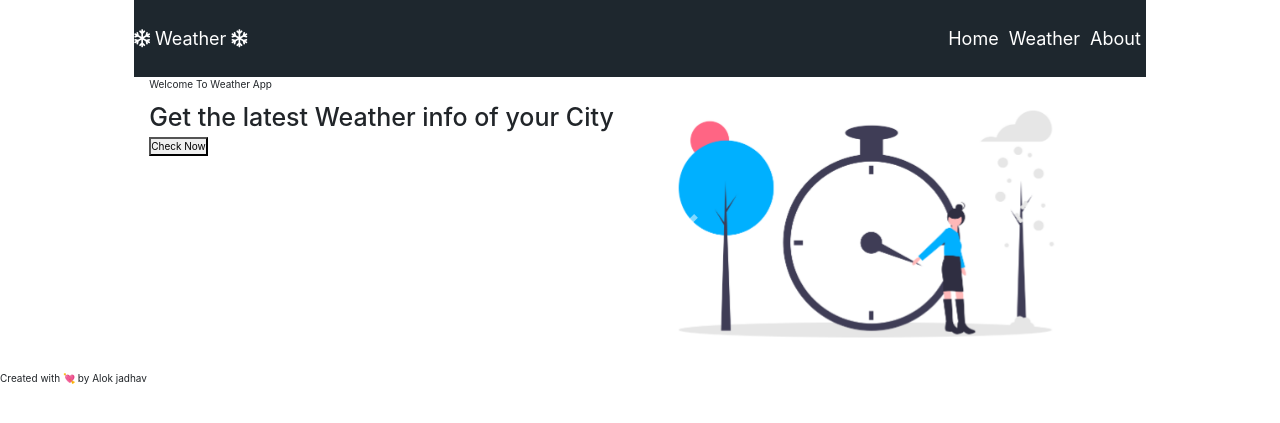
Repository: AalokJadhav/Weather_App
Page: http://localhost/
An editor plug-in stored every save of this project. The page is shown before and after the next save, followed by the edit.
The browser window is 1280 px wide. The pictures show the whole page.
Some web fonts or font styles are not loaded; a fallback is used. Some web libraries are served in a nearby version. The page is served by the project's Node server (src/app.js).

Above is the page before, as saved 2020-11-15 11:40:54.

### public/index.html
<!DOCTYPE html>
<html lang="en">

<head>
    <meta charset="UTF-8">
    <meta name="viewport" content="width=device-width, initial-scale=1.0">
    <title>Weather App</title>
    <!-- Latest compiled and minified CSS -->
    <link rel="stylesheet" href="https://maxcdn.bootstrapcdn.com/bootstrap/4.5.2/css/bootstrap.min.css">
    <link rel="stylesheet" href="https://cdnjs.cloudflare.com/ajax/libs/font-awesome/5.10.0/css/all.min.css"
        integrity="sha512-PgQMlq+nqFLV4ylk1gwUOgm6CtIIXkKwaIHp/PAIWHzig/lKZSEGKEysh0TCVbHJXCLN7WetD8TFecIky75ZfQ=="
        crossorigin="anonymous" />
    <!-- jQuery library -->
    <script src="https://ajax.googleapis.com/ajax/libs/jquery/3.5.1/jquery.min.js"></script>

    <!-- Popper JS -->
    <script src="https://cdnjs.cloudflare.com/ajax/libs/popper.js/1.16.0/umd/popper.min.js"></script>

    <!-- Latest compiled JavaScript -->
    <script src="https://maxcdn.bootstrapcdn.com/bootstrap/4.5.2/js/bootstrap.min.js"></script>
    <link rel="stylesheet" href="css/style.css">
    <link rel="shortcut icon" href="images/logo.png" type="image/png">
</head>

<body>
    <div class="container-fluid main-menu">
        <div class="row">
            <div class="col-md-10 col-12 mx-auto">
                <nav class="navbar navbar-expand-lg">
                    <a class="navbar-brand" href="#"><i class="far fa-snowflake"></i> Weather <i
                            class="far fa-snowflake"></i></a>
                    <button class="navbar-toggler" type="button" data-toggle="collapse"
                        data-target="#navbarSupportedContent" aria-controls="navbarSupportedContent"
                        aria-expanded="false" aria-label="Toggle navigation">
                        <span class="navbar-toggler-icon"></span>
                    </button>

                    <div class="collapse navbar-collapse" id="navbarSupportedContent">
                        <ul class="navbar-nav ml-auto">
                            <li class="nav-item active">
                                <a class="nav-link" href="/">Home <span class="sr-only">(current)</span></a>
                            </li>
                            <li class="nav-item">
                                <a class="nav-link" href="/weather">Weather</a>
                            </li>
                            <li class="nav-item">
                                <a class="nav-link" href="/about">About</a>
                            </li>
                        </ul>
                    </div>
                </nav>
            </div>
        </div>
    </div>

    <!-- Main header -->
    <div class="container-fluid main_header">
        <div class="row">
            <div class="col-md-10 col-12 mx-auto">
                <div class="row">
                    <!-- Left Side Div -->
                    <div class="col-md-6 col-12 main_header_left">
                        <p> Welcome To Weather App</p>
                        <h1>Get the latest <span>Weather</span> info of your City</h1>
                        <a href="/weather"><button>Check Now</button></a>
                    </div>
                    <!-- right Side Div -->

                    <div class="col-md-6 col-12 main_header_right">
                        <div id="carouselExampleControls" class="carousel slide" data-ride="carousel">
                            <div class="carousel-inner">
                                <div class="carousel-item active">
                                    <img src="images/bg1.png" class="w-100" alt="...">
                                </div>
                                <div class="carousel-item">
                                    <img src="images/bg2.png" class="w-100" alt="...">
                                </div>
                                <div class="carousel-item">
                                    <img src="images/bg3.png" class="w-100" alt="...">
                                </div>
                            </div>
                            <a class="carousel-control-prev" href="#carouselExampleControls" role="button"
                                data-slide="prev">
                                <span class="carousel-control-prev-icon" aria-hidden="true"></span>
                                <span class="sr-only">Previous</span>
                            </a>
                            <a class="carousel-control-next" href="#carouselExampleControls" role="button"
                                data-slide="next">
                                <span class="carousel-control-next-icon" aria-hidden="true"></span>
                                <span class="sr-only">Next</span>
                            </a>
                        </div>
                    </div>
                </div>
            </div>
        </div>
    </div>

    <!-- // Footer Code -->
    <footer>
        <p> Created with 💘 by Alok jadhav</p>
    </footer>
</body>

</html>

### src/app.js
const express = require('express');
const path = require('path');
const app = express();
const port = process.env.PORT || 8000;

// Public Static Path
const static_path = (path.join(__dirname, '../public'));

app.use(express.static(static_path));

// Routing
app.get('/', (req, res) => {
    res.send('Welcome to Home..!');
});

app.get('/about', (req, res) => {
    res.send('Welcome to About Us Page..!');
});

app.get('/weather', (req, res) => {
    res.send('Welcome to Weather Page..!');
});

app.get('*', (req, res) => {
    res.send('opps...404 error page..!');
});



app.listen(port, () =>{
    console.log(`Listing to the port at ${port}`);
})

### public/css/style.css
@import url('https://fonts.googleapis.com/css2?family=Piazzolla:wght@900&display=swap');

*{
    margin: 0;
    padding: 0;
    box-sizing: border-box;
}
:root {
    --main-bg: #1e272e;
    --main-color: #0097e6;
}

html {
    font-size:62.5% ;
}

.row {
    margin: 0;
  }

/* navbar style */

.main_menu {
    background-color: var(--main-bg);
  }
  .navbar {
    color: #fff;
    background-color: var(--main-bg);
    padding: 2rem 0;
  }
  .navbar a {
    color: #fff;
    font-size: 1.8rem;
  }

  .navbar-toggler {
    background-color: #718093;
  }

After the next save:
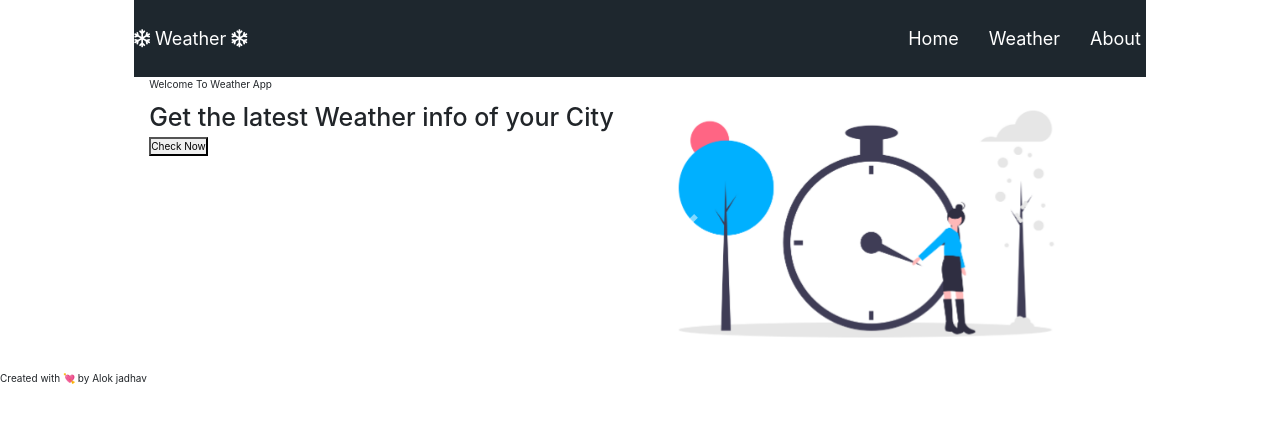
Saved 35 s later.
--- a/public/css/style.css
+++ b/public/css/style.css
@@ -33,6 +33,13 @@ html {
     font-size: 1.8rem;
   }
 
+  .navbar a:hover {
+    color: var(--main-color);
+  }
+
+  .navbar li {
+    margin-left: 2rem;
+  }
   .navbar-toggler {
     background-color: #718093;
   }
